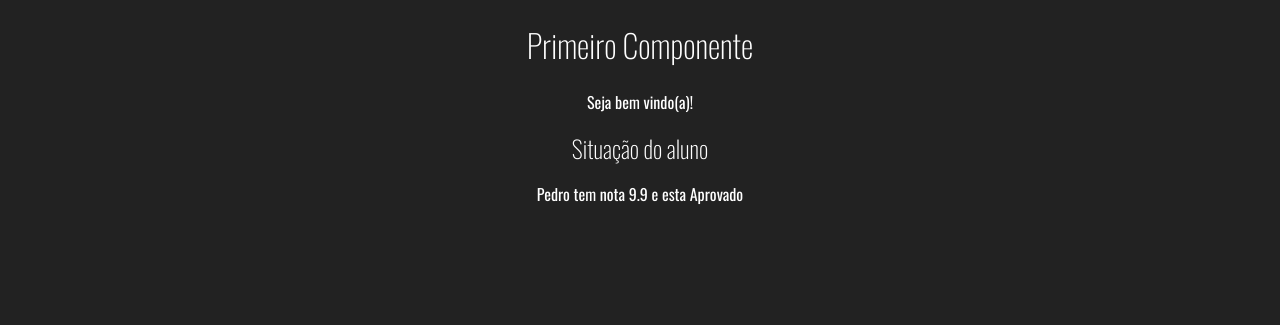
Repository: Rubenslourenco/exerciciosReactRedux
Page: / (app in fundamentos-react/)
An editor plug-in stored every save of this project. The page is shown before and after the next save, followed by the edit.
The browser window is 1280 px wide. The pictures show the whole page.
The project was rebuilt for these pictures with package versions that can differ from the ones it lists, and the page was loaded fresh each time.

Above is the page before, as saved 2025-01-30 10:48:46.

### fundamentos-react/public/index.html
<!DOCTYPE html>
<html lang="en">
  <head>
    <meta charset="utf-8" />
    <link rel="icon" href="%PUBLIC_URL%/favicon.ico" />
    <meta name="viewport" content="width=device-width, initial-scale=1" />
    <meta name="theme-color" content="#000000" />
    <meta
      name="description"
      content="Web site created using create-react-app"
    />
    <link rel="apple-touch-icon" href="%PUBLIC_URL%/logo192.png" />
    <link
      href="https://fonts.googleapis.com/css2?family=Oswald:wght@200;300;400;500;600;700&display=swap"
      rel="stylesheet"
    />
    <!--
      manifest.json provides metadata used when your web app is installed on a
      user's mobile device or desktop. See https://developers.google.com/web/fundamentals/web-app-manifest/
    -->
    <link rel="manifest" href="%PUBLIC_URL%/manifest.json" />
    <!--
      Notice the use of %PUBLIC_URL% in the tags above.
      It will be replaced with the URL of the `public` folder during the build.
      Only files inside the `public` folder can be referenced from the HTML.

      Unlike "/favicon.ico" or "favicon.ico", "%PUBLIC_URL%/favicon.ico" will
      work correctly both with client-side routing and a non-root public URL.
      Learn how to configure a non-root public URL by running `npm run build`.
    -->
    <title>React App</title>
  </head>
  <body>
    <noscript>You need to enable JavaScript to run this app.</noscript>
    <div id="root"></div>
    <!--
      This HTML file is a template.
      If you open it directly in the browser, you will see an empty page.

      You can add webfonts, meta tags, or analytics to this file.
      The build step will place the bundled scripts into the <body> tag.

      To begin the development, run `npm start` or `yarn start`.
      To create a production bundle, use `npm run build` or `yarn build`.
    -->
  </body>
</html>

### fundamentos-react/src/index.js
import { StrictMode } from "react";
import { createRoot } from "react-dom/client";
import "./index.css";

import Primeiro from "./componentes/Primeiro";
import ComParametro from "./componentes/ComParametro";

createRoot(document.getElementById("root")).render(
  <StrictMode>
    <Primeiro></Primeiro>
    <ComParametro titulo="Situação do aluno " aluno="Pedro" nota={9.9} />
  </StrictMode>
);

### fundamentos-react/src/index.css
body {
  font-family: Oswald;
  background-color: #222;
  color: #fff;
  text-align: center;
  font-size: 1, 4rem;
}

h1,
h2,
h3 {
  font-weight: 200;
}

h2,
h3 {
  margin: 0;
}

### fundamentos-react/src/componentes/Primeiro.js
import React from "react";
export default function Primeiro() {
  const msg = "Seja bem vindo(a)!";
  return (
    <div>
      <h1>Primeiro Componente</h1>
      <p>{msg}</p>
    </div>
  );
}

### fundamentos-react/src/componentes/ComParametro.jsx
import React from "react";
export default function ComParametro(props) {
  const status = props.nota >= 7 ? "Aprovado" : "Reprovado";
  return (
    <div id="app">
      <h2>{props.titulo}</h2>
      <p>
        {props.aluno} tem nota {props.nota} e esta {status}
      </p>
    </div>
  );
}

After the next save:
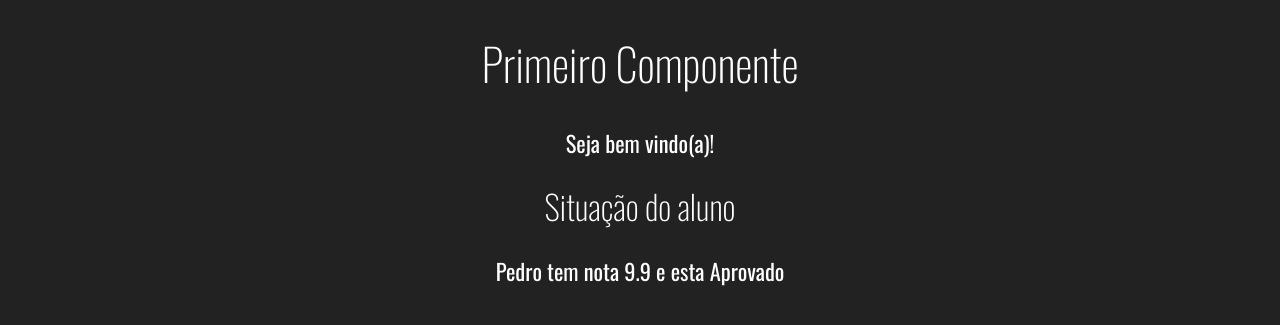
Saved 17 s later.
--- a/fundamentos-react/src/index.css
+++ b/fundamentos-react/src/index.css
@@ -3,7 +3,7 @@ body {
   background-color: #222;
   color: #fff;
   text-align: center;
-  font-size: 1, 4rem;
+  font-size: 1.4rem;
 }
 
 h1,
